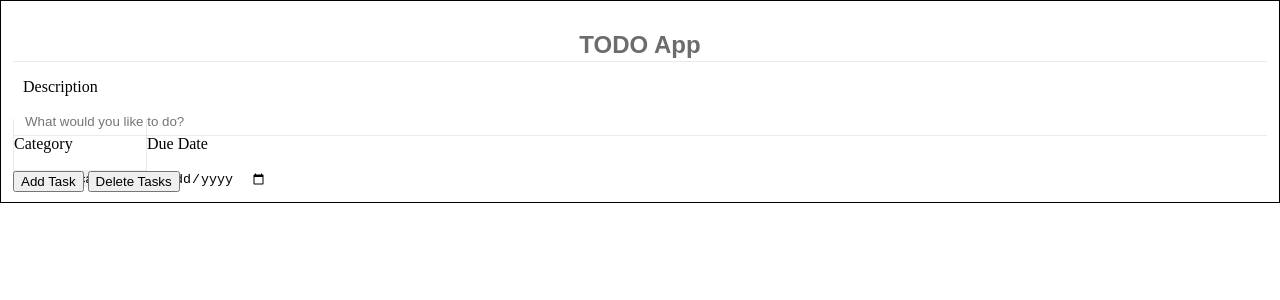
Repository: king-slayer97/TODO-App
Page: http://localhost/
These files come from the project's save history. The page is drawn as it stood at one moment and after the next save; the edit follows.
The browser window is 1280 px wide. The pictures show the whole page.
The page is served by the project's Node server (index.js).

Above is the page before, as saved 2022-08-15 17:13:17.

After the next save:
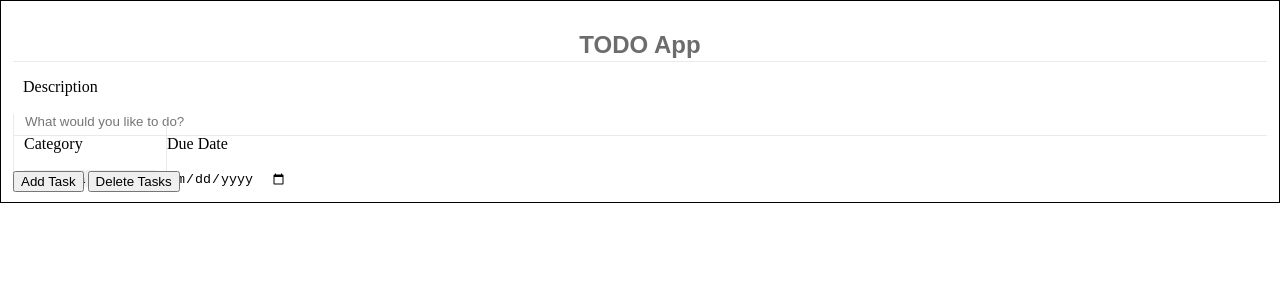
Saved 4 s later.
--- a/assets/css/home.css
+++ b/assets/css/home.css
@@ -55,7 +55,7 @@ body{
 
 .category{
     /* height: 100%; */
-    padding: 5p;
+    padding: 5px 10px;
 }
 
 
